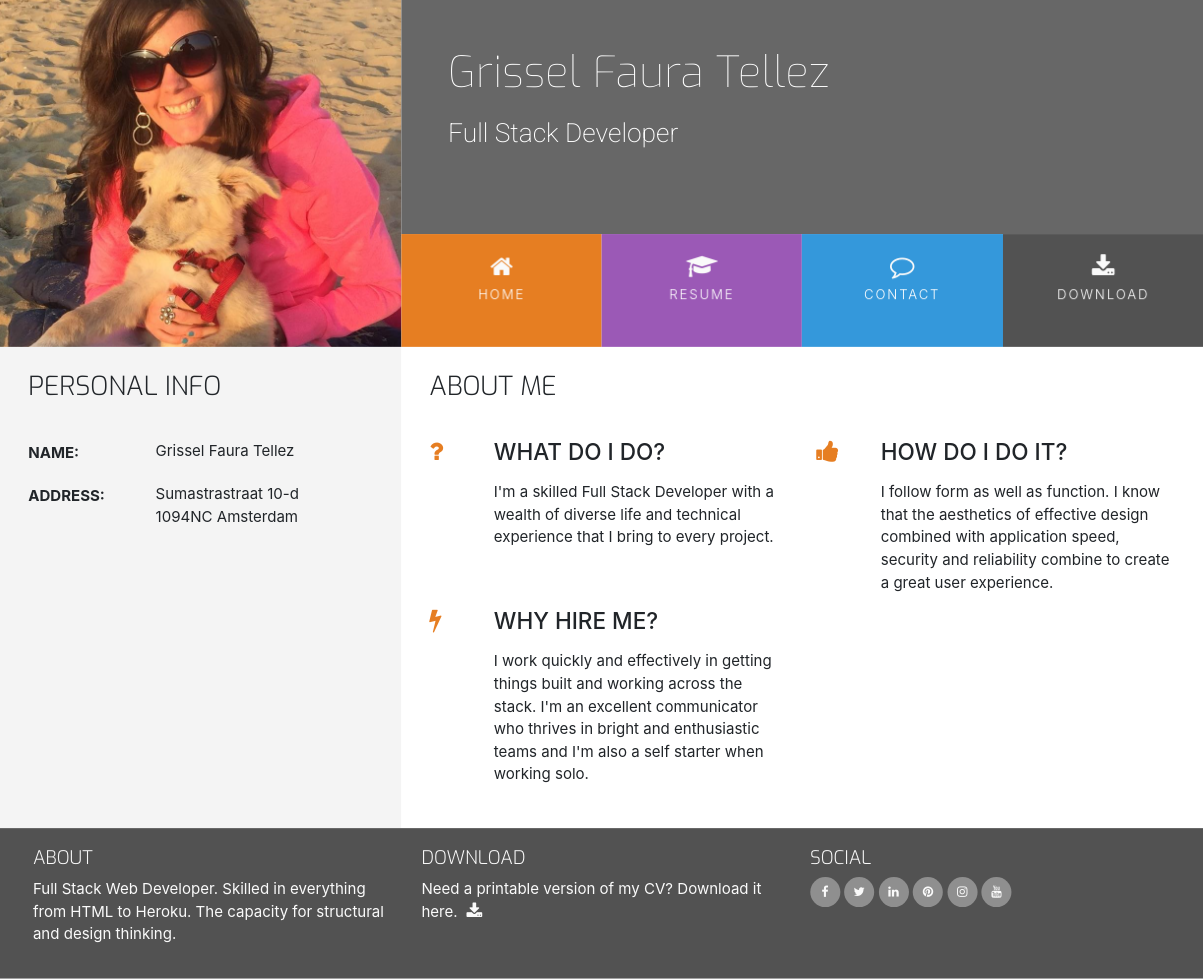
Repository: grisselfaura/Resume-Project-Introduction
Page: index.html
The author's editor kept a record of every edit. The page is drawn from the files as they stood at one moment, then again after the next edit.
The browser window is 1280 px wide. The pictures show the whole page, at 94% of full size.

Above is the page before.

### index.html
<!DOCTYPE html>
<html lang="en">
<head>
    <meta charset="UTF-8">
    <meta name="viewport" content="width=device-width, initial-scale=1.0">
    <meta http-equiv="X-UA-Compatible" content="ie=edge">
    <link rel="stylesheet" href="https://stackpath.bootstrapcdn.com/bootstrap/4.3.1/css/bootstrap.min.css" type="text/css" />
    <link rel="stylesheet" href="https://stackpath.bootstrapcdn.com/font-awesome/4.7.0/css/font-awesome.min.css" type="text/css" />
    <link rel="stylesheet" href="https://cdnjs.cloudflare.com/ajax/libs/hover.css/2.3.1/css/hover-min.css" type="text/css" />
    <link rel="stylesheet" href="assets/CSS/style.css" type="text/css" />
    <title>Grissel</title>
</head>
<body>
    <header>
       <div class="row no-gutters">
           <a class="col-md-4 logo" href="index.html"></a>
           <div class="col-md-8">
               <div class="row no-gutters bg-color-name-title">
                   <div class="col heading">
                       <h1 class="name">Grissel Faura Tellez</h1>
                       <h2 class="title">Full Stack Developer</h2>
                    </div>
               </div>
               <div class="row no-gutters">
                   <div class="col">
                       <ul id="nav" class="list-inline menucontainer">
                           <li class="col-6 col-sm-3 ui-menu-color-home list-inline-item menuitem">
                               <a href="#" class="hvr-sweep-to-bottom"><i class="fa fa-home" aria-hidden="true"></i><span>Home</span></a>
                           </li>
                           <li class="col-6 col-sm-3 ui-menu-color-resume list-inline-item menuitem">
                               <a href="#" class="hvr-sweep-to-bottom"><i class="fa fa-graduation-cap" aria-hidden="true"></i><span>Resume</span></a>
                           </li>
                           <li class="col-6 col-sm-3 ui-menu-color-contact list-inline-item menuitem">
                               <a href="#" class="hvr-sweep-to-bottom"><i class="fa fa-comment-o" aria-hidden="true"></i><span>Contact</span></a>
                           </li>
                           <li class="col-6 col-sm-3 ui-menu-color-download list-inline-item menuitem">
                               <a href="#" class="hvr-sweep-to-bottom"><i class="fa fa-download" aria-hidden="true"></i><span>Download</span></a>
                           </li>
                       </ul>
                   </div>
               </div>
           </div>
       </div>
    </header>
    <section class="container-fluid">
        <div class="row">
            <div class="col-md-4 bg-color-personal-info section-column">
                <div class="row">
                    <div class="col-12">
                        <h3 class="section-heading uppercase">Personal Info</h3>
                    </div>
                </div>
                <div class="personal-info-item">
                    <div class="key">
                        <p class="uppercase">
                            Name:
                        </p>
                    </div>
                    <div class="value">
                        <p>
                         Grissel Faura Tellez
                        </p>

                    </div>
                </div>
                <div class="personal-info-item">
                    <div class="key">
                        <p class="uppercase">
                            Address:
                        </p>
                    </div>
                    <div class="value">
                        <p>
                         Sumastrastraat 10-d 1094NC Amsterdam
                        </p>

                    </div>
                </div>

            </div>
            <div class="col-md-8 bg-color-three-reasons section-column">
                <div class="row">
                    <div class="col">
                        <h3 class="section-heading uppercase">About me</h3>
                    </div>
                </div>
                <div class="row">
                    <div class="col-10 offset-1 offset-sm-0 col-sm-4 col-md-6">
                        <div class="row">
                            <div class="col-2">
                                <i class="three-reasons-icon fa fa-question" aria-hidden="true"></i>
                            </div>
                            <div class="col-10">
                                <h4 class="three-reasons-heading uppercase">What do I do?</h4>
                                <p>
                                    I'm a skilled Full Stack Developer with a wealth of diverse life and technical experience that I bring to every project.
                                </p>
                            </div>
                        </div>
                    </div>
                    <div class="col-10 offset-1 offset-sm-0 col-sm-4 col-md-6">
                        <div class="row">
                            <div class="col-2">
                                <i class="three-reasons-icon fa fa-thumbs-up" aria-hidden="true"></i>
                            </div>
                            <div class="col-10">
                                <h4 class="three-reasons-heading uppercase">How do I do it?</h4>
                                <p>
                                    I follow form as well as function. I know that the aesthetics of effective design combined with application speed, security and reliability combine to create a great user experience.
                                </p>
                            </div>
                        </div>
                    </div>
                    <div class="col-10 offset-1 offset-sm-0 col-sm-4 col-md-6">
                        <div class="row">
                            <div class="col-2">
                                <i class="three-reasons-icon fa fa-bolt" aria-hidden="true"></i>
                            </div>
                            <div class="col-10">
                                <h4 class="three-reasons-heading uppercase">Why hire me?</h4>
                                <p>
                                   I work quickly and effectively in getting things built and working across the stack.
                                   I'm an excellent communicator who thrives in bright and enthusiastic teams and
                                   I'm also a self starter when working solo.
                                </p>
                            </div>
                        </div>
                    </div>
                </div>
            </div>
        </div>

    </section>


    <footer class="container-fluid">
        <div id="footer-details" class="row">
            <div class="col-sm-4">
                <h5 class="uppercase general-sub">About</h5>
                <p class ="inline-block">
                Full Stack Web Developer. Skilled in everything from HTML to Heroku. The capacity for structural and design thinking.</p>
            </div>
            <div class="col-sm-4">
                <h5 class="uppercase general-sub">Download</h5>
                <p class ="inline-block">
                Need a printable version of my CV? Download it here.
                    <a href="#" target="_blank" class="cv-pdf">
                        <i class="fa fa-download" aria-hidden="true"></i>
                        <span class="sr-only">Download link again.</span>
                    </a>
                </p>
             </div>
            <div class="col-sm-4">
                <h5 class="uppercase general-sub">Social</h5>
                <ul class="list-inline social-links">
                    <li class="list-inline-item">
                        <a target="_blank" href="#">
                            <i class="fa fa-facebook" aria-hidden="true"></i>
                            <span class="sr-only">Facebook</span>
                        </a>
                    </li>
                    <li class="list-inline-item">
                        <a target="_blank" href="#">
                            <i class="fa fa-twitter" aria-hidden="true"></i>
                            <span class="sr-only">Twitter</span>
                        </a>
                    </li>
                     <li class="list-inline-item">
                        <a target="_blank" href="#">
                            <i class="fa fa-linkedin" aria-hidden="true"></i>
                            <span class="sr-only">LinkedIn</span>
                        </a>
                    </li>
                    <li class="list-inline-item">
                        <a target="_blank" href="#">
                            <i class="fa fa-pinterest" aria-hidden="true"></i>
                            <span class="sr-only">Pinterest</span>
                        </a>
                    </li>
                    <li class="list-inline-item">
                        <a target="_blank" href="#">
                            <i class="fa fa-instagram" aria-hidden="true"></i>
                            <span class="sr-only">Instagram</span>
                        </a>
                    </li>
                    <li class="list-inline-item">
                        <a target="_blank" href="#">
                            <i class="fa fa-youtube" aria-hidden="true"></i>
                            <span class="sr-only">Youtube</span>
                        </a>
                    </li>
                </ul>
            </div>
        </div>
    </footer>
</body>
</html>

### assets/CSS/style.css
@import url('https://fonts.googleapis.com/css?family=Roboto:100,200,300,400,500,600,700|Exo:100,200,300,400,500,600,700');

/*---------------------------------Colours*/

.bg-color-name-title {
    background-color: #676767;
}

.bg-color-three-reasons {
    background-color: #fff;
}

.bg-color-personal-info {
    background-color: #f4f4f4;
}

.ui-menu-color-home {
     background-color: #e67e22;
}

.ui-menu-color-resume {
     background-color: #9b59b6;
}

.ui-menu-color-contact {
     background-color: #3498db;
}

.ui-menu-color-download {
     background-color: #525252;
}
/*---------------------------------Special paddings/margins/text*/

h1,
h2,
h3,
h4 {
    margin: 0;
}

.uppercase {
   text-transform: uppercase;
}

.general-sub {
    font-family: "Exo", sans-serif;
    font-weight: 300;
    color: #fafafa;
}

.inline-block {
    display: inline-block;
}

.row-table {
    display: table;
}

.section-column {
    display: table-cell;
    padding: 0 30px 30px;
    float: none;
}

.section-heading {
    font-family: "Exo", sans-serif;
    font-weight: 300;
    margin-top: 25px;
    margin-bottom: 40px;
}

/*---------------------------------Heading*/
header {
    margin: 0;
}

.heading {
    margin-left: 50px;
}

.logo {
    background: url("../images/gri.jpg");
    background-position: center;
    background-repeat: no-repeat;
    background-size: cover;
    min-height: 360px;
    transition: all .5s ease-in-out;
    -moz-transition: all .5s ease-in-out;
    -webkit-transition: all .5s ease-in-out;
}

.name {
    font-family: "Exo", sans-serif;
    font-weight: 100;
    font-size: 46px;
    margin-top: 50px;
    color: #ffffff;
}

.title {
    font-family: "Roboto", sans-serif;
    font-weight: 200;
    font-size: 28px;
    margin-top: 20px;
    margin-bottom: 90px;
    color: #ffffff;
}
.list-inline-item:not(:last-child) {
    margin-right: 0;
}
.menucontainer {
    font-size: 0;
}

#nav {
    margin: 0
}

#nav li {
    font-size: 14px;
    padding: 0;
}

.menuitem {
    height: 120px;
    text-align: center;
    padding: 0;
}

.menuitem a {
    width: 100%;
    text-decoration: none;
    color: #fff;
    height: 120px;
}

.menuitem a i {
    padding-top: 22px;
    display: block;
    color: #fafafa;
    font-size: 26px;
}

.menuitem span {
    display: block;
    width: 100%;
    padding-top: 5px;
    text-align: center;
    text-transform: uppercase;
    font-size: 14px;
    font-weight: 300;
    letter-spacing: 2px;
}

/*---------------------------------Hover.css*/
.hvr-sweep-to-bottom:before {
    background: rgba(0,0,0,0.2);
    height: 120px;
}

/*---------------------------------Footer*/

footer {
    background-color: #525252;
    color: #fafafa;
    min-height: 120px;
    margin: 0;
}

.cv-pdf i {
  font-size: 18px;
  color: #fafafa;
  text-align: center;
  padding-left: 5px;
  transition: all 0.35s ease-in-out;
  -moz-transition: all 0.35s ease-in-out;
  -webkit-transition: all 0.35s ease-in-out;
  -o-transition: all 0.35s ease-in-out;
}

.cv-pdf i:hover {
  color: #e84610;
}

.social-links {
    padding-bottom: 15px;
}

.social-links li a i {
    width: 32px;
    height: 32px;
    padding: 12px 0;
    border-radius: 50%;
    font-size: 13px;
    line-height: 7px;
    text-align: center;
    color: #fafafa;
    background: #8f8f8f;
    transition: all 0.35s ease-in-out;
    -moz-transition: all 0.35s ease-in-out;
    -webkit-transition: all 0.35s ease-in-out;
    -o-transition: all 0.35s ease-in-out;
}

.social-links li a i:hover {
    background: #e84610;
}

#footer-details {
    padding: 20px;
}

/*---------------------------------Three Reasons*/

.three-reasons-icon {
    font-size: 26px;
    color: #e67e22;
}

.three-reasons-heading {
    margin-bottom: 15px;
}

/*---------------------------------Personal Info*/
.personal-info-item {
    margin-bottom: 20px;
    display: block;
    clear: both;
}

.personal-info-item .key,
.personal-info-item .value {
    padding-right: 8px;
    display: inline-block;
}

.personal-info-item .key p,
.personal-info-item .value p {
    margin: 0;
}

.personal-info-item .key {
    width: 30%;
    margin-right: 21px;
    padding-top: 2px;
    vertical-align: top;
}

.personal-info-item .key p {
    font-weight: 700;
}

.personal-info-item .value {
    position: relative;
    width: 60%;
}

After the next edit:
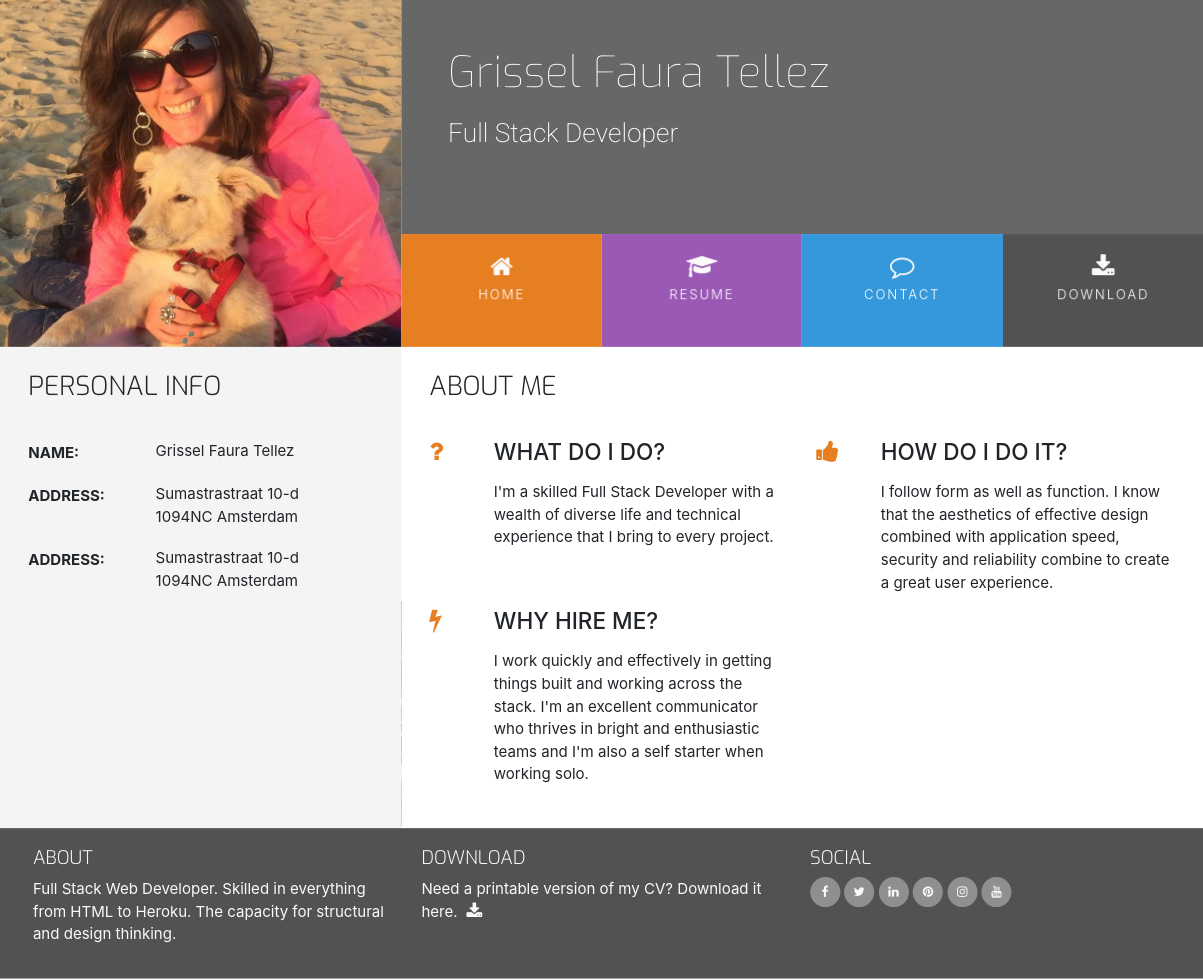
The edit:
--- a/index.html
+++ b/index.html
@@ -76,6 +76,20 @@
 
                     </div>
                 </div>
+                <div class="personal-info-item">
+                    <div class="key">
+                        <p class="uppercase">
+                            Address:
+                        </p>
+                    </div>
+                    <div class="value">
+                        <p>
+                         Sumastrastraat 10-d 1094NC Amsterdam
+                        </p>
+
+                    </div>
+                </div>
+
 
             </div>
             <div class="col-md-8 bg-color-three-reasons section-column">
